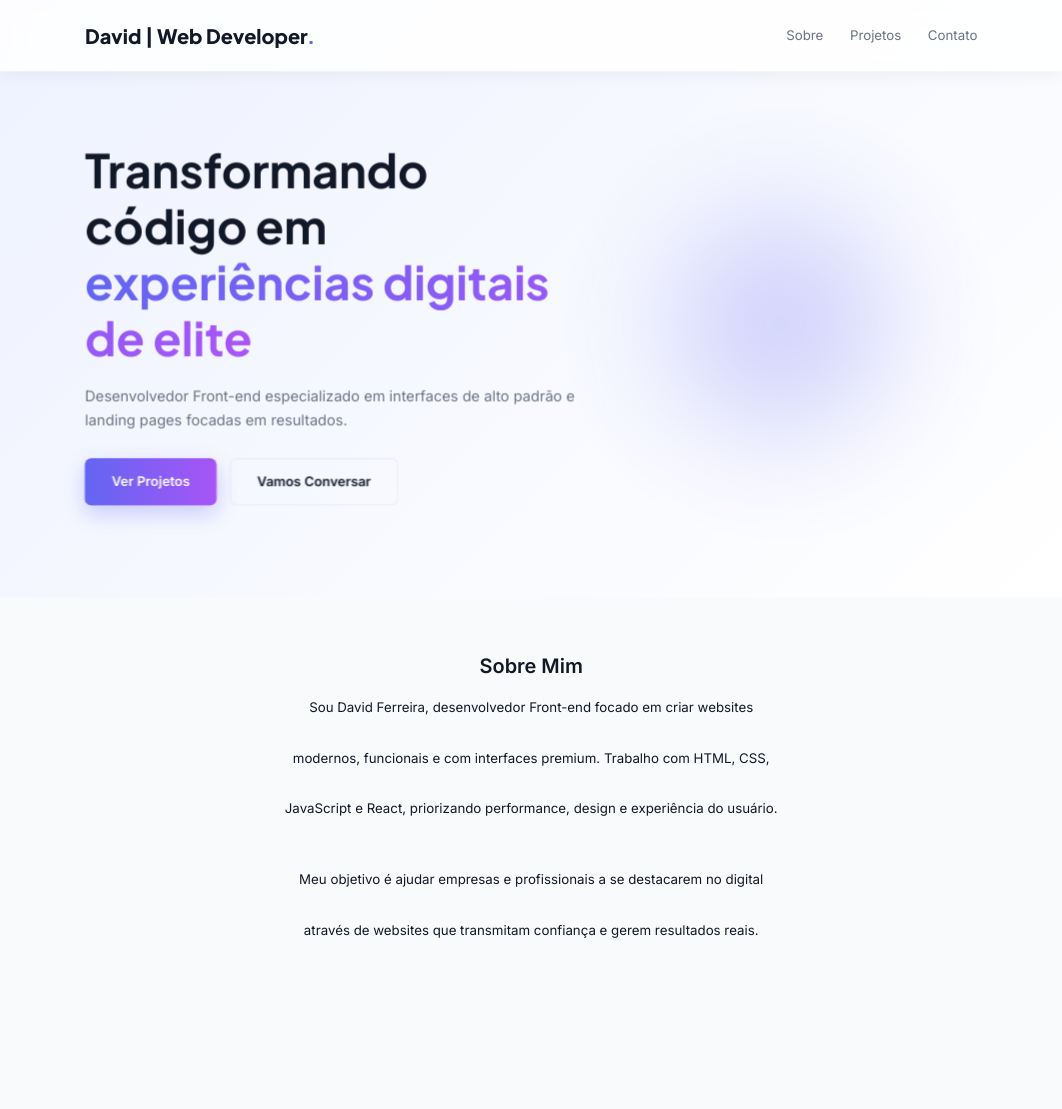
Repository: davidfsillva/David_Ferreira
Page: index.html
An editor plug-in stored every save of this project. The page is shown before and after the next save, followed by the edit.
The browser window is 1280 px wide. The pictures show the part of the page from y = 0 to 1336 px (the page is 2822 px tall before and 2662 px after), at 83% of full size.
Pictures or frames that could not be fetched are drawn as grey boxes.

Above is the page before, as saved 2026-02-11 11:59:25.
Console error: TypeError: Cannot read properties of null (reading 'addEventListener')

### index.html
<!DOCTYPE html>
<html lang="pt-BR">
<head>
    <meta charset="UTF-8">
    <meta name="viewport" content="width=device-width, initial-scale=1.0">

    <title>David Ferreira | Desenvolvedor Front-end & UI Designer Premium</title>

    <!-- SEO Primário -->
    <meta name="description" content="David Ferreira é desenvolvedor front-end especializado em interfaces premium, landing pages de alta conversão e experiências digitais modernas.">
    <meta name="keywords" content="Desenvolvedor Front-end, Web Designer, UI Designer, Landing Page, Desenvolvimento Web, Freelancer Brasil">
    <meta name="author" content="David Ferreira">
    <meta name="robots" content="index, follow">
    <link rel="canonical" href="https://seudominio.com/">

    <!-- Open Graph (Facebook, LinkedIn) -->
    <meta property="og:title" content="David Ferreira | Desenvolvedor Front-end Premium">
    <meta property="og:description" content="Interfaces digitais de alto padrão, focadas em performance e conversão.">
    <meta property="og:image" content="https://seudominio.com/preview.jpg">
    <meta property="og:url" content="https://seudominio.com/">
    <meta property="og:type" content="website">

    <!-- Twitter Card -->
    <meta name="twitter:card" content="summary_large_image">
    <meta name="twitter:title" content="David Ferreira | Web Developer">
    <meta name="twitter:description" content="Desenvolvimento web premium focado em performance e design moderno.">
    <meta name="twitter:image" content="https://seudominio.com/preview.jpg">

    <!-- Favicon -->
    <link rel="icon" href="favicon.ico" type="image/x-icon">

    <!-- Fonts -->
    <link href="https://fonts.googleapis.com/css2?family=Inter:wght@300;400;600&family=Plus+Jakarta+Sans:wght@700;800&display=swap" rel="stylesheet">

    <link rel="stylesheet" href="style.css">
</head>


<body>

    <!-- NAVBAR -->
    <nav class="navbar">
        <div class="logo">David | Web Developer<span>.</span></div>
        <ul class="nav-links">
            <li><a href="#about">Sobre</a></li>
            <li><a href="#portfolio">Projetos</a></li>
            <li><a href="#contact" class="btn-sm">Contato</a></li>
        </ul>
    </nav>

    <!-- HERO -->
    <section class="hero">
        <div class="hero-content">
            <h1>Transformando código em <span>experiências digitais de elite</span></h1>
            <p>Desenvolvedor Front-end especializado em interfaces de alto padrão e landing pages focadas em resultados.</p>
            <div class="hero-btns">
                <a href="#portfolio" class="btn-primary">Ver Projetos</a>
                <a href="#contact" class="btn-secondary">Vamos Conversar</a>
            </div>
        </div>
        <div class="hero-visual">
            <div class="hero-glow"></div>
        </div>
    </section>

    <!-- SOBRE -->
    <section id="about" class="section">
        <h2>Sobre Mim</h2>
        <p>Sou David Ferreira, desenvolvedor Front-end focado em criar websites modernos, funcionais e com interfaces premium. Trabalho com HTML, CSS, JavaScript e React, priorizando performance, design e experiência do usuário.</p>
        <p>Meu objetivo é ajudar empresas e profissionais a se destacarem no digital através de websites que transmitam confiança e gerem resultados reais.</p>
    </section>

    <!-- PORTFÓLIO -->
    <section id="portfolio" class="portfolio">
        <div class="section-header">
            <h2>Projetos Selecionados</h2>
            <p>Uma vitrine de soluções focadas em performance e design.</p>
        </div>
        <div class="portfolio-grid">
            <!-- Projeto 1 -->
            <a href="https://davidfsillva.github.io/Alex-Carter/" target="_blank" class="project-link">
                <div class="project-card">
                    <div class="card-image">
                        <img src="img/alex.png" alt="Projeto Alex Carter">
                        <div class="card-overlay"><span>Ver Detalhes</span></div>
                    </div>
                    <div class="card-info">
                        <h3>Alex Carter | Landing Page</h3>
                        <p>Website de personal branding para atleta profissional.</p>
                    </div>
                </div>
            </a>

            <!-- Projeto 2 -->
            <a href="https://davidfsillva.github.io/e-hammershark/" target="_blank" class="project-link">
                <div class="project-card">
                    <div class="card-image">
                        <img src="img/ecomerce.png" alt="Projeto Hammershark">
                        <div class="card-overlay"><span>Ver Detalhes</span></div>
                    </div>
                    <div class="card-info">
                        <h3>Hammershark | E-commerce</h3>
                        <p>E-commerce de moda fitness, focado em branding e experiência de compra.</p>
                    </div>
                </div>
            </a>

            <!-- Projeto 3 -->
            <a href="https://davidfsillva.github.io/landing-page/" target="_blank" class="project-link">
                <div class="project-card">
                    <div class="card-image">
                        <img src="img/landingpage.png" alt="Projeto Landing Page">
                        <div class="card-overlay"><span>Ver Detalhes</span></div>
                    </div>
                    <div class="card-info">
                        <h3>Lucas Andrade | Landing Page</h3>
                        <p>Landing page estratégica para geração de leads e conversão.</p>
                    </div>
                </div>
            </a>

            <!-- Projeto 4 -->
            <a href="https://davidfsillva.github.io/beatriz-almeida-adv/" target="_blank" class="project-link">
                <div class="project-card">
                    <div class="card-image">
                        <img src="img/adv.png" alt="Projeto Beatriz Almeida Advogados">
                        <div class="card-overlay"><span>Ver Detalhes</span></div>
                    </div>
                    <div class="card-info">
                        <h3>Beatriz Almeida Advogados | Website Institucional</h3>
                        <p>Website institucional transmitindo autoridade e confiança.</p>
                    </div>
                </div>
            </a>
        </div>
    </section>

    <!-- CTA / CONTATO -->
    <section id="contact" class="cta-section">
        <h2>Pronto para elevar seu nível digital?</h2>
        <p>Vamos transformar sua ideia em uma interface de classe mundial.</p>
        <a href="https://wa.me/5599999999999" target="_blank" class="btn-whatsapp">Iniciar Conversa no WhatsApp</a>
    </section>

    <!-- FOOTER -->
    <footer>
        <div class="footer-content">
            <p>&copy; 2026 David Ferreira. Todos os direitos reservados.</p>
            <div class="social-links">
                <a href="#" target="_blank">Instagram</a>
                <a href="#" target="_blank">LinkedIn</a>
                <a href="#" target="_blank">GitHub</a>
            </div>
        </div>
    </footer>

    <script src="scripts.js"></script>
</body>
</html>
</html>

### style.css
:root {
  --primary: #6366f1;
  --primary-light: #818cf8;
  --accent: #a855f7;
  --text-dark: #111827;
  --text-light: #6b7280;
  --bg-light: #f9fafb;
  --white: #ffffff;
  --transition: all 0.3s ease;
}

/* RESET */
* {
  margin: 0;
  padding: 0;
  box-sizing: border-box;
}

html {
  scroll-behavior: smooth;
}

body {
  font-family: 'Inter', sans-serif;
  background: var(--bg-light);
  color: var(--text-dark);
  line-height: 1.6;
  animation: fadePage 0.8s ease-in-out;
}

@keyframes fadePage {
  from { opacity: 0; transform: translateY(10px); }
  to { opacity: 1; transform: translateY(0); }
}

/* NAVBAR */
.navbar {
  position: fixed;
  width: 100%;
  top: 0;
  padding: 1.5rem 8%;
  display: flex;
  justify-content: space-between;
  align-items: center;
  background: rgba(255,255,255,0.85);
  backdrop-filter: blur(12px);
  box-shadow: 0 4px 20px rgba(0,0,0,0.05);
  z-index: 1000;
  transition: var(--transition);
}

.logo {
  font-family: 'Plus Jakarta Sans', sans-serif;
  font-weight: 800;
  font-size: 1.5rem;
}

.logo span {
  color: var(--primary);
}

.nav-links {
  display: flex;
  list-style: none;
  gap: 2rem;
}

.nav-links a {
  text-decoration: none;
  color: var(--text-light);
  font-weight: 500;
  transition: var(--transition);
}

.nav-links a:hover {
  color: var(--primary);
  transform: translateY(-2px);
}

/* HERO */
.hero {
  min-height: 100vh;
  padding: 120px 8% 60px;
  display: flex;
  align-items: center;
  justify-content: space-between;
  background: linear-gradient(135deg, #eef2ff, #ffffff);
  flex-wrap: wrap;
}

.hero-content {
  max-width: 600px;
  animation: heroFade 1s ease 0.2s both;
}

@keyframes heroFade {
  from { opacity: 0; transform: translateY(40px); }
  to { opacity: 1; transform: translateY(0); }
}

.badge {
  display: inline-block;
  padding: 0.5rem 1rem;
  background: rgba(99,102,241,0.1);
  color: var(--primary);
  border-radius: 20px;
  font-size: 0.8rem;
  font-weight: 600;
  margin-bottom: 1.5rem;
}

.hero h1 {
  font-family: 'Plus Jakarta Sans', sans-serif;
  font-size: clamp(2rem, 5vw, 3.5rem);
  line-height: 1.2;
  margin-bottom: 1.5rem;
}

.hero h1 span {
  background: linear-gradient(90deg, var(--primary), var(--accent));
  -webkit-background-clip: text;
  -webkit-text-fill-color: transparent;
}

.hero p {
  font-size: 1.1rem;
  color: var(--text-light);
  margin-bottom: 2rem;
}

/* BUTTONS */
.btn-primary,
.btn-secondary,
.btn-whatsapp {
  display: inline-block;
  padding: 0.9rem 2rem;
  border-radius: 8px;
  text-decoration: none;
  font-weight: 600;
  transition: all 0.3s ease;
  position: relative;
  overflow: hidden;
}

.btn-primary {
  background: linear-gradient(90deg, var(--primary), var(--accent));
  color: white;
  box-shadow: 0 10px 25px rgba(99,102,241,0.3);
}

.btn-primary:hover {
  transform: translateY(-4px) scale(1.03);
}

.btn-primary:active {
  transform: scale(0.96);
}

.btn-primary::after {
  content: "";
  position: absolute;
  width: 200%;
  height: 200%;
  background: radial-gradient(circle, rgba(255,255,255,0.4), transparent 60%);
  top: -50%;
  left: -50%;
  opacity: 0;
  transition: opacity 0.4s ease;
}

.btn-primary:hover::after {
  opacity: 1;
}

.btn-secondary {
  border: 1px solid #e5e7eb;
  color: var(--text-dark);
  margin-left: 1rem;
}

.btn-secondary:hover {
  background: #f3f4f6;
  transform: translateY(-4px);
}

.btn-secondary:active {
  transform: scale(0.96);
}

.btn-whatsapp {
  background: #25d366;
  color: white;
}

.btn-whatsapp:hover {
  transform: translateY(-4px) scale(1.03);
}

.btn-whatsapp:active {
  transform: scale(0.96);
}

.hero-btns {
  display: flex;
  flex-wrap: wrap;
}

#about {
  text-align: center;       /* centraliza o texto */
  max-width: 800px;         /* opcional: limita a largura para não ficar muito espalhado */
  margin: 0 auto;           /* centraliza horizontalmente a seção */
  padding: 4rem 8%;         /* mantém espaçamento vertical e horizontal */
}

#about p {
  margin-bottom: 1.5rem;   /* espaçamento entre parágrafos */
  line-height: 3.8;        /* deixa a leitura mais confortável */
}


/* HERO VISUAL */
.hero-visual {
  flex: 1;
  min-height: 400px;
  display: flex;
  justify-content: center;
  align-items: center;
}

.hero-glow {
  width: 350px;
  height: 350px;
  background: radial-gradient(circle, rgba(99,102,241,0.4), transparent 70%);
  border-radius: 50%;
  filter: blur(60px);
  animation: pulseGlow 4s infinite ease-in-out;
}

@keyframes pulseGlow {
  0% { transform: scale(1); opacity: 0.7; }
  50% { transform: scale(1.1); opacity: 1; }
  100% { transform: scale(1); opacity: 0.7; }
}

/* PORTFOLIO */
.portfolio {
  padding: 6rem 8%;
}

.section-header {
  text-align: center;
  margin-bottom: 4rem;
}

.section-header h2 {
  font-family: 'Plus Jakarta Sans', sans-serif;
  font-size: 2.2rem;
  margin-bottom: 1rem;
}

.section-header p {
  color: var(--text-light);
}

.portfolio-grid {
  display: grid;
  grid-template-columns: repeat(auto-fit, minmax(280px, 1fr));
  gap: 2rem;
}

.project-card {
  background: var(--white);
  border-radius: 16px;
  overflow: hidden;
  box-shadow: 0 10px 30px rgba(0,0,0,0.06);
  cursor: pointer;
  transition: transform 0.4s ease, box-shadow 0.4s ease;
  will-change: transform;
}

.project-card:hover {
  transform: translateY(-12px) scale(1.03);
  box-shadow: 0 25px 50px rgba(99,102,241,0.2);
}

.card-image {
  position: relative;
  overflow: hidden;
}

.card-image img {
  width: 100%;
  height: 220px;
  object-fit: cover;
  display: block;
  transition: transform 0.6s ease;
}

.project-card:hover .card-image img {
  transform: scale(1.08);
}

.card-overlay {
  position: absolute;
  inset: 0;
  background: rgba(99,102,241,0.8);
  display: flex;
  justify-content: center;
  align-items: center;
  color: white;
  font-weight: 600;
  opacity: 0;
  transition: opacity 0.4s ease;
}

.project-card:hover .card-overlay {
  opacity: 1;
}

.card-info {
  padding: 1.5rem;
}

.card-info h3 {
  margin-bottom: 0.5rem;
}

.card-info p {
  color: var(--text-light);
}

.project-link {
  text-decoration: none;
  color: inherit;
  display: block;
}


/* CTA */
.cta-section {
  padding: 5rem 8%;
  text-align: center;
  background: linear-gradient(135deg, #eef2ff, #ffffff);
}

/* FOOTER */
footer {
  padding: 2rem 8%;
  background: var(--white);
  border-top: 1px solid #e5e7eb;
}

.footer-content {
  display: flex;
  justify-content: space-between;
  flex-wrap: wrap;
  gap: 1rem;
}

.social-links a {
  text-decoration: none;
  margin-left: 1rem;
  color: var(--text-light);
  transition: var(--transition);
}

.social-links a:hover {
  color: var(--primary);
  transform: translateY(-2px);
}

.cta-section p {
  color: var(--text-light);
  margin-bottom: 2.5rem; /* aumenta espaço abaixo do texto */
}

.btn-whatsapp {
  display: inline-block;
  background: #25d366;
  color: white;
  padding: 1rem 2rem;
  border-radius: 8px;
  text-decoration: none;
  font-weight: 600;
  transition: var(--transition);
  margin-top: 0.5rem; /* pequeno respiro extra */
}


/* MODAL */
.modal-overlay {
  position: fixed;
  inset: 0;
  background: rgba(0,0,0,0.6);
  display: none;
  justify-content: center;
  align-items: center;
  padding: 2rem;
  z-index: 2000;
}

.modal-content {
  background: white;
  width: 100%;
  max-width: 900px;
  border-radius: 20px;
  overflow: hidden;
  animation: modalZoom 0.4s cubic-bezier(.23,1,.32,1);
  position: relative;
}

@keyframes modalZoom {
  from { opacity: 0; transform: scale(0.85) translateY(20px); }
  to { opacity: 1; transform: scale(1) translateY(0); }
}

.modal-body {
  display: grid;
  grid-template-columns: 1fr 1fr;
}

.modal-img {
  min-height: 300px;
  background-size: cover !important;
}

.modal-text {
  padding: 2rem;
}

.close-modal {
  position: absolute;
  top: 20px;
  right: 25px;
  background: none;
  border: none;
  font-size: 2rem;
  cursor: pointer;
  transition: transform 0.3s ease;
}

.close-modal:hover {
  transform: rotate(90deg);
}

/* RESPONSIVO */
@media (max-width: 900px) {
  .hero {
    flex-direction: column;
    text-align: center;
  }

  .hero-visual {
    margin-top: 3rem;
  }

  .modal-body {
    grid-template-columns: 1fr;
  }
}

@media (max-width: 600px) {
  .navbar {
    padding: 1rem 5%;
  }

  .nav-links {
    display: none;
  }

  .hero {
    padding: 100px 5% 60px;
  }

  .portfolio {
    padding: 4rem 5%;
  }

  .cta-section {
    padding: 4rem 5%;
  }

  footer {
    padding: 2rem 5%;
  }

  .footer-content {
    flex-direction: column;
    text-align: center;
  }

  .social-links a {
    margin: 0 0.5rem;
  }
}

### scripts.js
// =============================
// NAVBAR SCROLL EFFECT
// =============================
const navbar = document.querySelector(".navbar");

window.addEventListener("scroll", () => {
  if (window.scrollY > 50) {
    navbar.style.padding = "1rem 8%";
    navbar.style.boxShadow = "0 8px 25px rgba(0,0,0,0.08)";
  } else {
    navbar.style.padding = "1.5rem 8%";
    navbar.style.boxShadow = "0 4px 20px rgba(0,0,0,0.05)";
  }
});

// =============================
// MODAL FUNCTIONALITY
// =============================
const modal = document.querySelector(".modal-overlay");
const modalImg = document.querySelector(".modal-img");
const modalTitle = document.querySelector(".modal-text h3");
const modalDesc = document.querySelector(".modal-text p");
const closeModal = document.querySelector(".close-modal");

const projectCards = document.querySelectorAll(".project-card");

projectCards.forEach(card => {
  card.addEventListener("click", () => {
    const title = card.querySelector("h3").innerText;
    const desc = card.querySelector("p").innerText;
    const img = card.querySelector("img").src;

    modalTitle.innerText = title;
    modalDesc.innerText = desc;
    modalImg.style.backgroundImage = `url(${img})`;

    modal.style.display = "flex";
    document.body.style.overflow = "hidden";
  });
});

// Fechar modal
closeModal.addEventListener("click", () => {
  modal.style.display = "none";
  document.body.style.overflow = "auto";
});

// Fechar clicando fora
modal.addEventListener("click", (e) => {
  if (e.target === modal) {
    modal.style.display = "none";
    document.body.style.overflow = "auto";
  }
});

// Fechar com ESC
document.addEventListener("keydown", (e) => {
  if (e.key === "Escape") {
    modal.style.display = "none";
    document.body.style.overflow = "auto";
  }
});

// =============================
// SCROLL REVEAL ANIMATION
// =============================
const revealElements = document.querySelectorAll(
  ".hero-content, .project-card, .section-header, .cta-section"
);

const observer = new IntersectionObserver(
  (entries) => {
    entries.forEach(entry => {
      if (entry.isIntersecting) {
        entry.target.style.opacity = "1";
        entry.target.style.transform = "translateY(0)";
      }
    });
  },
  { threshold: 0.2 }
);

revealElements.forEach(el => {
  el.style.opacity = "0";
  el.style.transform = "translateY(40px)";
  el.style.transition = "all 0.8s ease";
  observer.observe(el);
});

// =============================
// BUTTON MICRO INTERACTION
// =============================
const buttons = document.querySelectorAll(".btn-primary, .btn-secondary, .btn-whatsapp");

buttons.forEach(btn => {
  btn.addEventListener("mouseenter", () => {
    btn.style.transform = "scale(1.05)";
  });

  btn.addEventListener("mouseleave", () => {
    btn.style.transform = "scale(1)";
  });
});

After the next save:
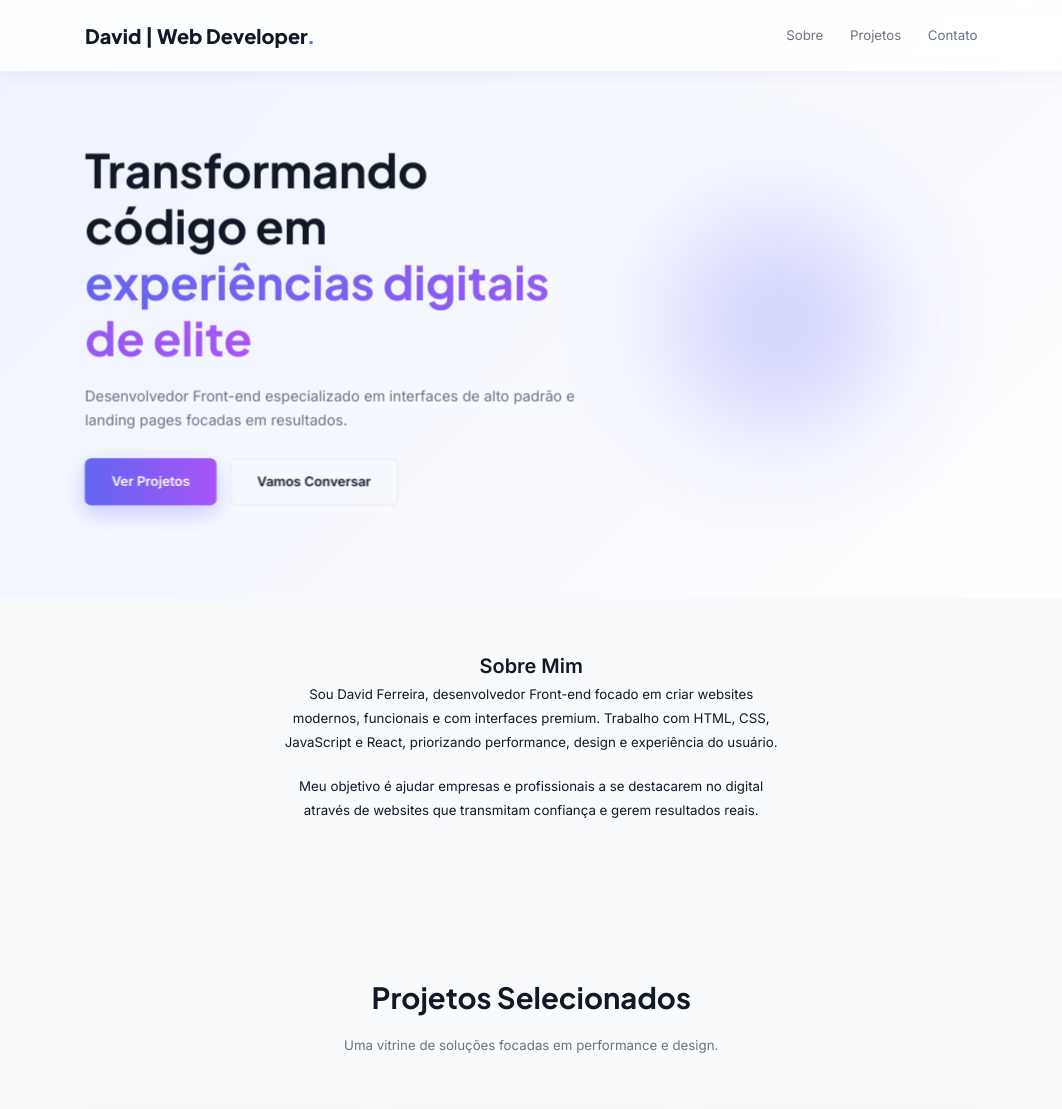
Saved 6 s later.
--- a/style.css
+++ b/style.css
@@ -214,7 +214,7 @@ body {
 
 #about p {
   margin-bottom: 1.5rem;   /* espaçamento entre parágrafos */
-  line-height: 3.8;        /* deixa a leitura mais confortável */
+  line-height: 1.8;        /* deixa a leitura mais confortável */
 }
 
 
